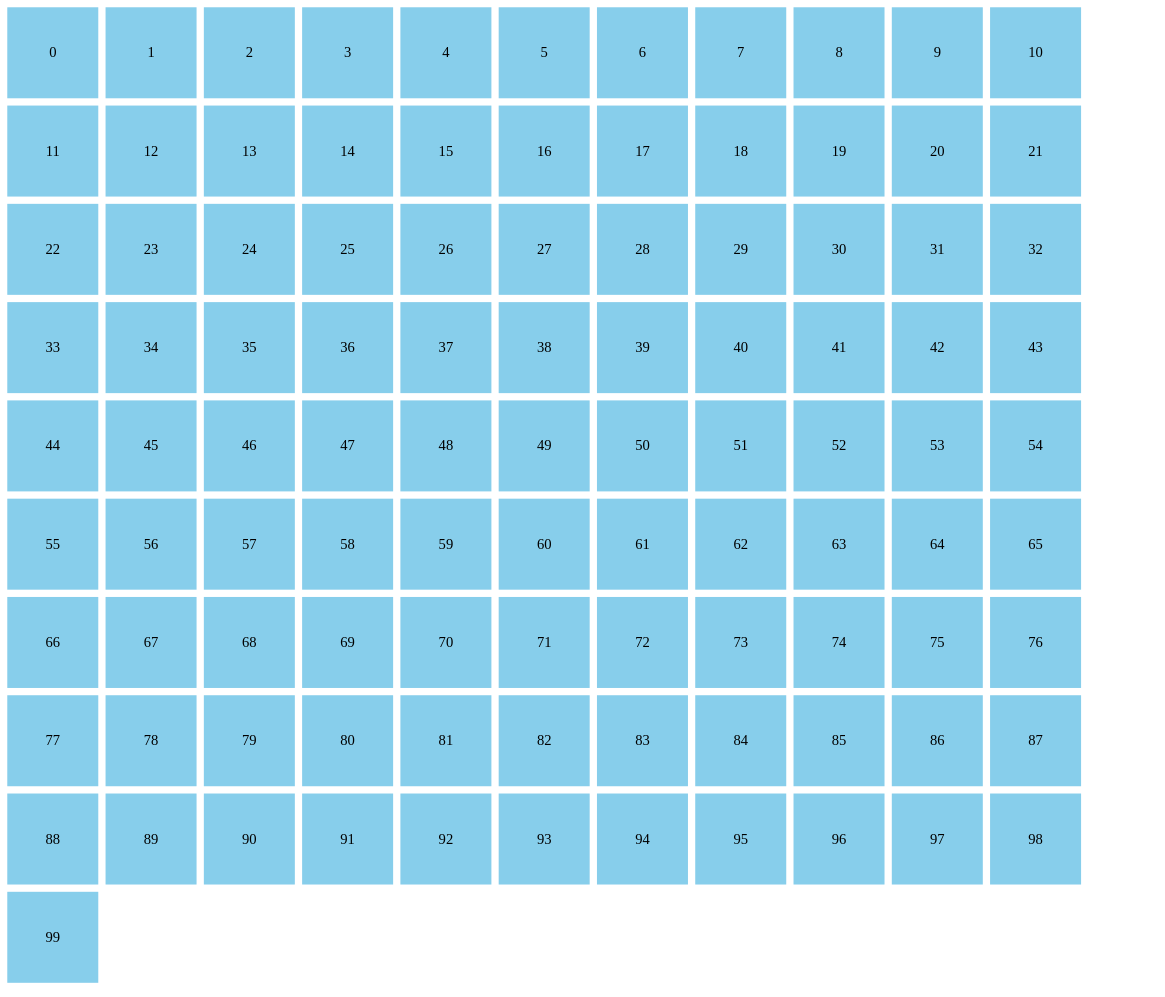
Repository: kojimayu/First-time-JavaScript
Page: index.html
An editor plug-in stored every save of this project. The page is shown before and after the next save, followed by the edit.
The browser window is 1280 px wide. The pictures show the whole page, at 91% of full size.

Above is the page before, as saved 2019-04-02 18:52:48.

### index.html
<!DOCTYPE html>
<html lang="ja">

<head>
    <meta charset="utf-8">
    <title>JavaScript Practice</title>
    <style>
        body {
            display: flex;
            flex-wrap: wrap;
        }

        .box {
            width: 100px;
            height: 100px;
            background: skyblue;
            cursor: pointer;
            transition: 0.8s;
            margin: 0 8px 8px 0;
            text-align: center;
            line-height: 100px;
        }

        .circle {
            background: pink;
            border-radius: 50%;
            transform: rotate(360deg);
        }
    </style>
</head>

<body>


    <script>
        'use strict';

        for (let i = 0; i < 100; i++) {

            const div = document.createElement('div');
            div.classList.add('box')
            div.textContent = i;
            div.addEventListener('click', function () {
                div.classList.toggle('circle');
            });

            document.body.appendChild(div);
        }


    </script>
</body>

</html>

After the next save:
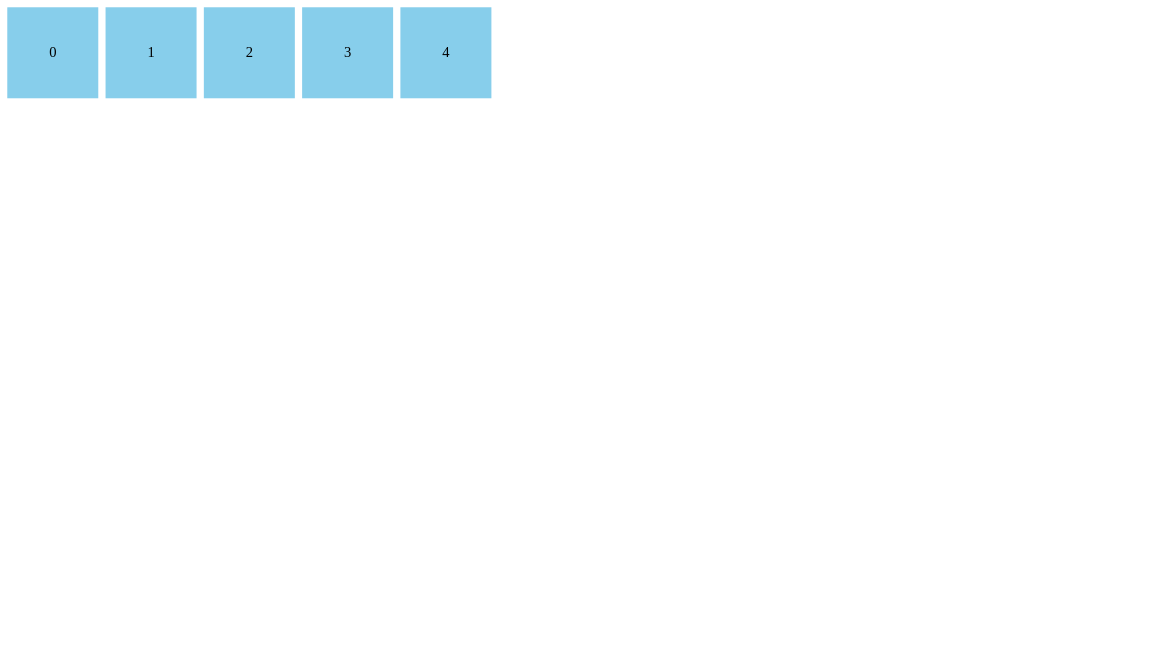
Saved 96 s later.
--- a/index.html
+++ b/index.html
@@ -35,7 +35,9 @@
     <script>
         'use strict';
 
-        for (let i = 0; i < 100; i++) {
+        const num = 5;
+
+        for (let i = 0; i < num; i++) {
 
             const div = document.createElement('div');
             div.classList.add('box')
